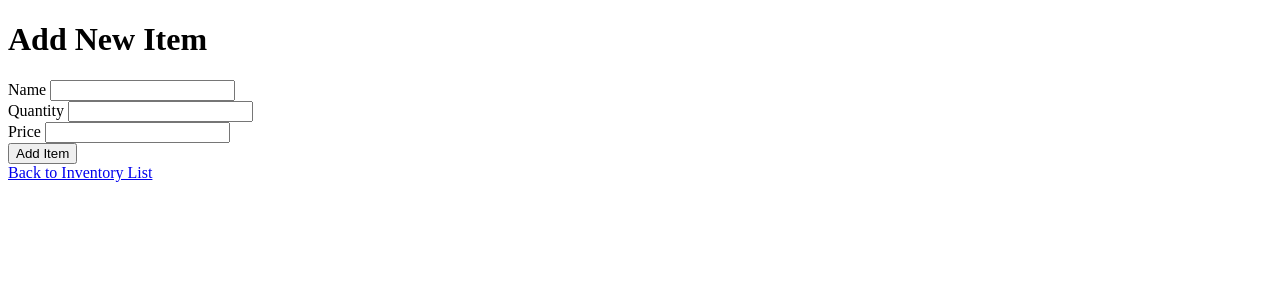
Repository: Stoldark/PLMUN
Page: http://localhost/add
These files come from the project's save history. The page is drawn as it stood at one moment and after the next save; the edit follows.
The browser window is 1280 px wide. The pictures show the whole page.
The page is served by the project's application, run on Flask 3 (tempCodeRunnerFile.py). The user the application loads for id 1 is signed in. The page reads the database file committed with the project.

Above is the page before, as saved 2024-09-22 15:28:02.

After the next save:
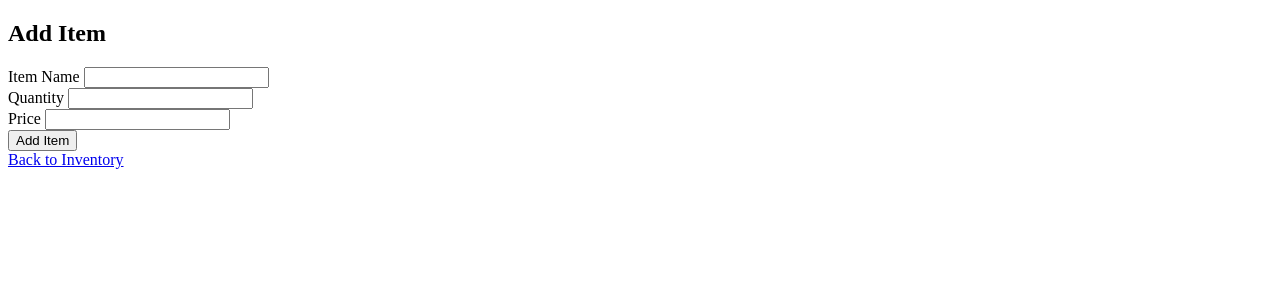
Not found: static/style.css
Saved 70 s later.
--- a/templates/add.html
+++ b/templates/add.html
@@ -3,27 +3,28 @@
 <head>
     <meta charset="UTF-8">
     <meta name="viewport" content="width=device-width, initial-scale=1.0">
+    <link rel="stylesheet" href="{{ url_for('static', filename='style.css') }}">
     <title>Add Item</title>
 </head>
 <body>
-    <h1>Add New Item</h1>
-    <form method="POST">
-        <div>
-            <label for="name">Name</label>
-            <input type="text" id="name" name="name" required>
-        </div>
-        <div>
-            <label for="quantity">Quantity</label>
-            <input type="number" id="quantity" name="quantity" required>
-        </div>
-        <div>
-            <label for="price">Price</label>
-            <input type="number" step="0.01" id="price" name="price" required>
-        </div>
-        <div>
+    <div class="container">
+        <h2>Add Item</h2>
+        <form method="POST">
+            <div class="form-group">
+                <label for="name">Item Name</label>
+                <input type="text" id="name" name="name" required>
+            </div>
+            <div class="form-group">
+                <label for="quantity">Quantity</label>
+                <input type="number" id="quantity" name="quantity" required>
+            </div>
+            <div class="form-group">
+                <label for="price">Price</label>
+                <input type="text" id="price" name="price" required>
+            </div>
             <button type="submit">Add Item</button>
-        </div>
-    </form>
-    <a href="{{ url_for('index') }}">Back to Inventory List</a>
+        </form>
+        <a href="{{ url_for('index') }}">Back to Inventory</a>
+    </div>
 </body>
 </html>
